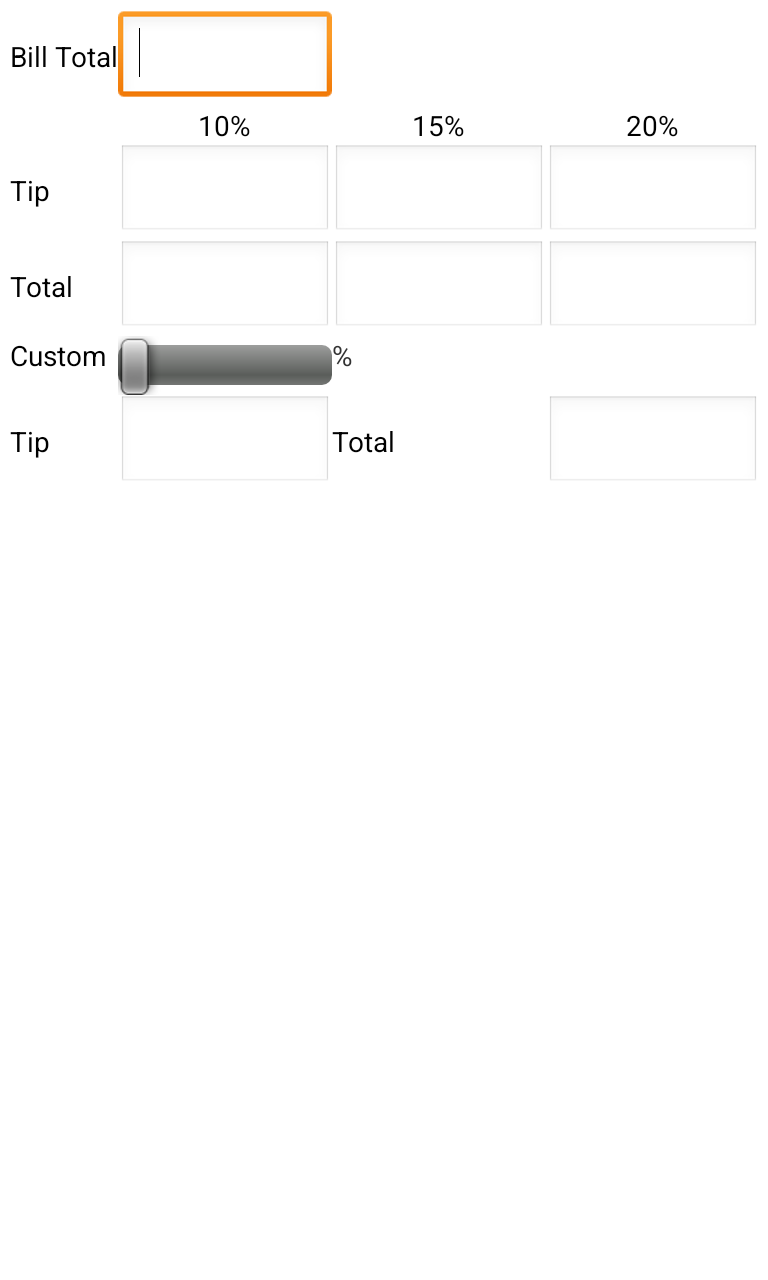
Repository: PaddyWilson/APPD2000
Layout: Workspace/Calculator/res/layout/activity_main.xml
These files come from the project's save history. The layout is drawn as it stood at one moment and after the next save; the edit follows.
It is drawn on a 768 x 1280 px phone screen (xhdpi) without system bars, with theme AppTheme; the app's code is not run.

Above is the layout before, as saved 2014-09-15 16:48:48.

### Workspace/Calculator/res/layout/activity_main.xml
<TableLayout xmlns:android="http://schemas.android.com/apk/res/android"
    xmlns:tools="http://schemas.android.com/tools"
    android:id="@+id/TableLayout1"
    android:layout_width="match_parent"
    android:layout_height="match_parent"
    android:background="@color/backgroundColour"
    android:padding="5dp"
    android:paddingBottom="@dimen/activity_vertical_margin"
    android:paddingLeft="@dimen/activity_horizontal_margin"
    android:paddingRight="@dimen/activity_horizontal_margin"
    android:paddingTop="@dimen/activity_vertical_margin"
    android:shrinkColumns="1,2,3"
    android:stretchColumns="1,2,3"
    tools:context="com.example.calculator2.MainActivity" >

    <TableRow
        android:id="@+id/tableRow0"
        android:layout_width="wrap_content"
        android:layout_height="wrap_content" >

        <TextView
            android:id="@+id/billTextView"
            android:layout_width="wrap_content"
            android:layout_height="wrap_content"
            android:text="@string/txtBill"
            android:textColor="@color/textViewColour" />

        <EditText
            android:id="@+id/billEditText"
            android:layout_width="wrap_content"
            android:layout_height="wrap_content"
            android:ems="10"
            android:inputType="numberDecimal" >

            <requestFocus />
        </EditText>

    </TableRow>

    <TableRow
        android:id="@+id/tableRow1"
        android:layout_width="wrap_content"
        android:layout_height="wrap_content" >

        <TextView
            android:id="@+id/tenTextView"
            android:layout_width="wrap_content"
            android:layout_height="wrap_content"
            android:layout_column="1"
            android:layout_gravity="center"
            android:text="@string/txt10"
            android:textColor="@color/textViewColour" />

        <TextView
            android:id="@+id/fifteenTextView"
            android:layout_width="wrap_content"
            android:layout_height="wrap_content"
            android:layout_gravity="center"
            android:text="@string/txt15"
            android:textColor="@color/textViewColour" />

        <TextView
            android:id="@+id/twentyTextView"
            android:layout_width="wrap_content"
            android:layout_height="wrap_content"
            android:layout_gravity="center"
            android:text="@string/txt20"
            android:textColor="@color/textViewColour" />

    </TableRow>

    <TableRow
        android:id="@+id/tableRow2"
        android:layout_width="wrap_content"
        android:layout_height="wrap_content" >

        <TextView
            android:id="@+id/tipTextView"
            android:layout_width="wrap_content"
            android:layout_height="wrap_content"
            android:text="@string/txtTip"
            android:textColor="@color/textViewColour" />

        <EditText
            android:id="@+id/tip10EditText"
            android:layout_width="wrap_content"
            android:layout_height="wrap_content"
            android:ems="10"
            android:inputType="numberDecimal" />

        <EditText
            android:id="@+id/tip15EditText"
            android:layout_width="wrap_content"
            android:layout_height="wrap_content"
            android:ems="10"
            android:inputType="numberDecimal" />

        <EditText
            android:id="@+id/tip20EditText"
            android:layout_width="wrap_content"
            android:layout_height="wrap_content"
            android:ems="10"
            android:inputType="numberDecimal" />

    </TableRow>

    <TableRow
        android:id="@+id/tableRow3"
        android:layout_width="wrap_content"
        android:layout_height="wrap_content" >

        <TextView
            android:id="@+id/totalTextView"
            android:layout_width="wrap_content"
            android:layout_height="wrap_content"
            android:text="@string/txtTotal"
            android:textColor="@color/textViewColour" />

        <EditText
            android:id="@+id/total10EditText"
            android:layout_width="wrap_content"
            android:layout_height="wrap_content"
            android:ems="10"
            android:inputType="numberDecimal" />

        <EditText
            android:id="@+id/total15EditText"
            android:layout_width="wrap_content"
            android:layout_height="wrap_content"
            android:ems="10"
            android:inputType="numberDecimal" />

        <EditText
            android:id="@+id/total20EditText"
            android:layout_width="wrap_content"
            android:layout_height="wrap_content"
            android:ems="10"
            android:inputType="numberDecimal" />

    </TableRow>

    <TableRow
        android:id="@+id/tableRow4"
        android:layout_width="wrap_content"
        android:layout_height="wrap_content" >

        <TextView
            android:id="@+id/customTextView"
            android:layout_width="wrap_content"
            android:layout_height="wrap_content"
            android:text="@string/txtCustom"
            android:textColor="@color/textViewColour" />

        <SeekBar
            android:id="@+id/customSeekBar"
            android:layout_width="match_parent"
            android:layout_height="wrap_content" />

        <TextView
            android:id="@+id/customTipTextView"
            android:layout_width="wrap_content"
            android:layout_height="wrap_content"
            android:text="%" />

    </TableRow>

    <TableRow
        android:id="@+id/tableRow5"
        android:layout_width="wrap_content"
        android:layout_height="wrap_content" >

        <TextView
            android:id="@+id/tipCustomTextView"
            android:layout_width="wrap_content"
            android:layout_height="wrap_content"
            android:text="@string/txtTip"
            android:textColor="@color/textViewColour" />

        <EditText
            android:id="@+id/tipCustomEditText"
            android:layout_width="wrap_content"
            android:layout_height="wrap_content"
            android:ems="10"
            android:inputType="numberDecimal" />

        <TextView
            android:id="@+id/totalCustomTextView"
            android:layout_width="wrap_content"
            android:layout_height="wrap_content"
            android:text="@string/txtTotal"
            android:textColor="@color/textViewColour" />

        <EditText
            android:id="@+id/totalCustomEditText"
            android:layout_width="wrap_content"
            android:layout_height="wrap_content"
            android:ems="10"
            android:inputType="numberDecimal" />

    </TableRow>

</TableLayout>

### Workspace/Calculator/res/values/styles.xml
<resources>

    <!--
        Base application theme, dependent on API level. This theme is replaced
        by AppBaseTheme from res/values-vXX/styles.xml on newer devices.
    -->
    <style name="AppBaseTheme" parent="android:Theme.Light">
        <!--
            Theme customizations available in newer API levels can go in
            res/values-vXX/styles.xml, while customizations related to
            backward-compatibility can go here.
        -->
    </style>

    <!-- Application theme. -->
    <style name="AppTheme" parent="AppBaseTheme">
        <!-- All customizations that are NOT specific to a particular API-level can go here. -->
    </style>
    <color name="textViewColour">#000</color>
    <color name="backgroundColour">#FFF</color>

</resources>

### Workspace/Calculator/res/values/strings.xml
<?xml version="1.0" encoding="utf-8"?>
<resources>

    <string name="app_name">Calculator2</string>
    <string name="hello_world">Hello world!</string>
    <string name="action_settings">Settings</string>
    <string name="txtBill">Bill Total</string>
    <string name="txtTip">Tip</string>
    <string name="txtTotal">Total</string>
    <string name="txtCustom">Custom</string>
    <string name="txt10">10%</string>
    <string name="txt20">20%</string>
    <string name="txt15">15%</string>

</resources>

Loaded but not shown: Workspace/Calculator/res/values/dimens.xml (common file); Workspace/Calculator/res/values-w820dp/dimens.xml (common file)

After the next save:
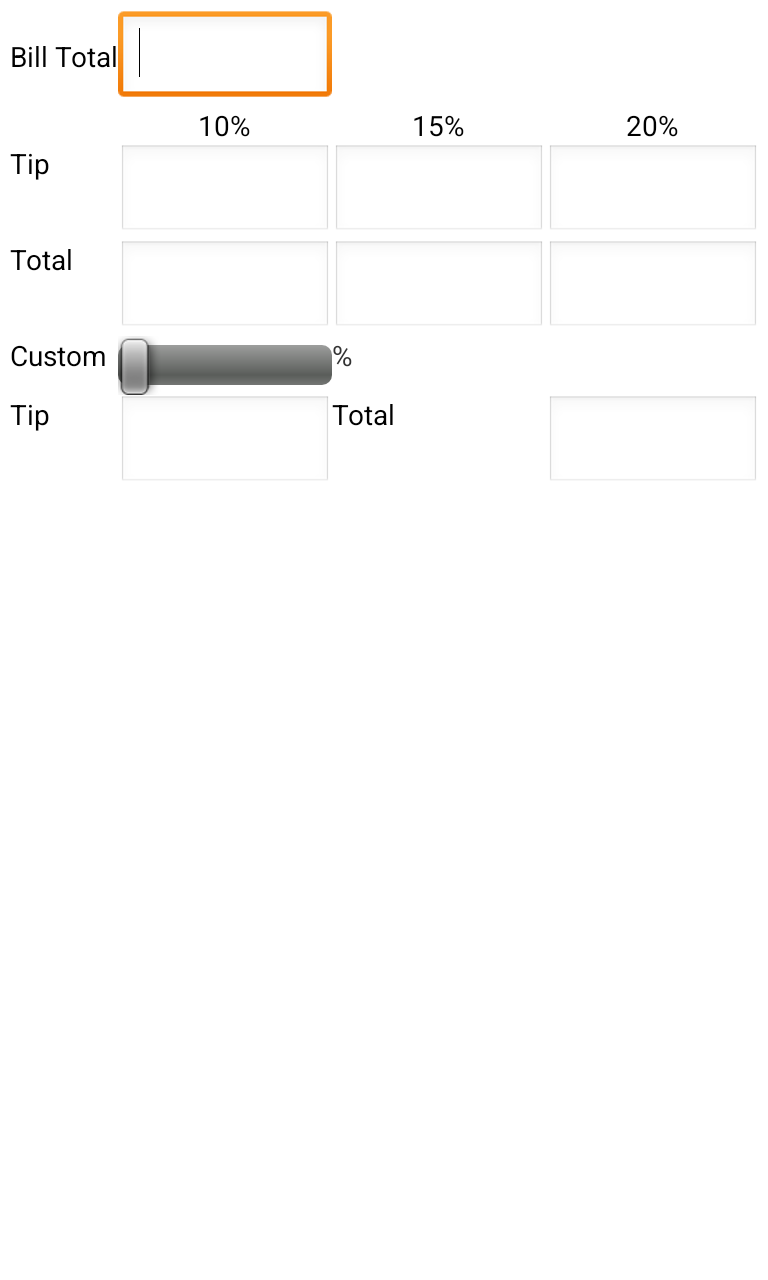
Saved 72 s later.
--- a/Workspace/Calculator/res/layout/activity_main.xml
+++ b/Workspace/Calculator/res/layout/activity_main.xml
@@ -86,6 +86,7 @@
             android:layout_width="wrap_content"
             android:layout_height="wrap_content"
             android:ems="10"
+            android:layout_gravity="center"
             android:inputType="numberDecimal" />
 
         <EditText
@@ -93,6 +94,7 @@
             android:layout_width="wrap_content"
             android:layout_height="wrap_content"
             android:ems="10"
+            android:layout_gravity="center"
             android:inputType="numberDecimal" />
 
         <EditText
@@ -100,6 +102,7 @@
             android:layout_width="wrap_content"
             android:layout_height="wrap_content"
             android:ems="10"
+            android:layout_gravity="center"
             android:inputType="numberDecimal" />
 
     </TableRow>
@@ -121,6 +124,7 @@
             android:layout_width="wrap_content"
             android:layout_height="wrap_content"
             android:ems="10"
+            android:layout_gravity="center"
             android:inputType="numberDecimal" />
 
         <EditText
@@ -128,6 +132,7 @@
             android:layout_width="wrap_content"
             android:layout_height="wrap_content"
             android:ems="10"
+            android:layout_gravity="center"
             android:inputType="numberDecimal" />
 
         <EditText
@@ -135,6 +140,7 @@
             android:layout_width="wrap_content"
             android:layout_height="wrap_content"
             android:ems="10"
+            android:layout_gravity="center"
             android:inputType="numberDecimal" />
 
     </TableRow>
@@ -181,6 +187,7 @@
             android:layout_width="wrap_content"
             android:layout_height="wrap_content"
             android:ems="10"
+            android:layout_gravity="center"
             android:inputType="numberDecimal" />
 
         <TextView
@@ -195,6 +202,7 @@
             android:layout_width="wrap_content"
             android:layout_height="wrap_content"
             android:ems="10"
+            android:layout_gravity="center"
             android:inputType="numberDecimal" />
 
     </TableRow>
